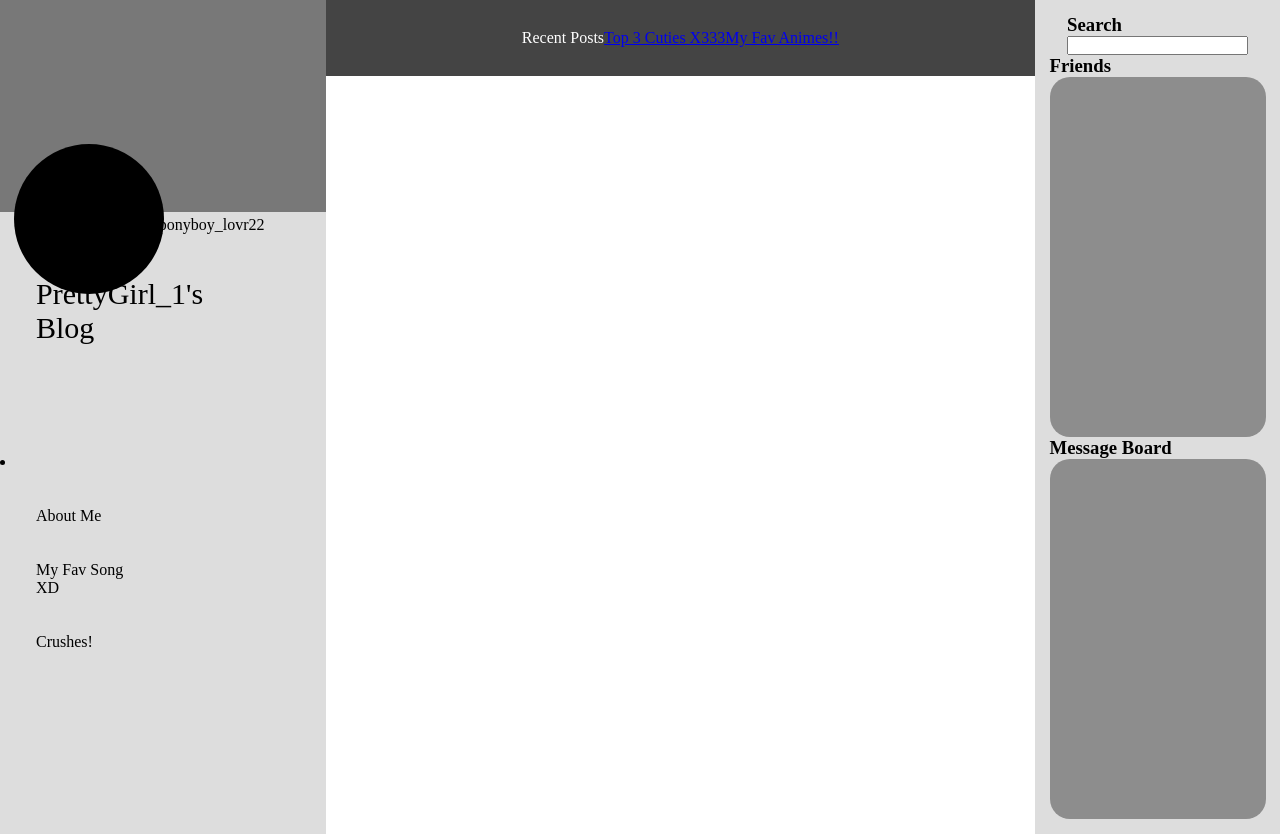
Repository: Jennica1/Frontend-Final
Page: index.html
These files come from the project's save history. The page is drawn as it stood at one moment and after the next save; the edit follows.
The browser window is 1280 px wide. The pictures show the whole page.

Above is the page before, as saved 2024-05-16 20:16:40.

### index.html
<!DOCTYPE html>
<html lang="en">

<head>
  <title>My Blog!!</title>
  <meta charset="UTF-8">
  <meta name="viewport" content="width=device-width, initial-scale=1">
  <link rel="stylesheet" href="style.css">
</head>

<body>
  <div class="content">

    <div class="flexbox">

      <div class="sidebar-wrapper">

        <!--Side Nav Left-->
        <div class="sidebar-left">
          <img src="images/Ellipse 1.svg" class="profile" width="150px" />
          <img src="images/Rectangle 2.svg" alt="background image" class="background-photo" />
          <p class="username">@ponyboy_lovr22</p>
          <p class="nickname">PrettyGirl_1's Blog</p>
          <li class="sidebar-list">
            <ul class="item">About Me</ul>
            <ul class="item">My Fav Song XD</ul>
            <ul class="item">Crushes!</ul>
          </li>
        </div>
      </div>
      <!-- recents -->
      <div class="">
      </div>

      <div class="main-content"> <!-- PUT ALL MAIN CONTENT BELOW THE HEADER -->
        <!-- Header -->
        <header class="header">
          <li class="content-list">
            <ul>Recent Posts</ul>
            <ul><a class="rating-link" href="topThree.html">Top 3 Cuties X333</a></ul>
            <ul><a class="anime-link" href="anime.html">My Fav Animes!!</a></ul>
          </li>
        </header>
      </div>

      <!-- Pagination
    <div class="">
      <div class="">
        <a href="#" class="">«</a>
        <a href="#" class="">1</a>
        <a href="#" class="">2</a>
        <a href="#" class="">3</a>
        <a href="#" class="">4</a>
        <a href="#" class="">»</a>
      </div>
    -->
      <!--Side Nav Right-->
      <div class="sidebar-right">
        <div class="right-content">
        <form>
          <h3>Search</h3>
          <input type="text">
        </form>
        <div class="friends-list">
          <h3>Friends</h3>
          <div class="friends-container">
            <div class="friend">

            </div>
          </div>
        </div>
        <div class="message-board">
          <h3>Message Board</h3>
          <div class="message-board-container">
            <div class="message">

            </div>
          </div>
        </div>
      </div>
      </div>
    </div>


  </div>
  </div>
</body>

</html>

### style.css
* {
  margin: 0;
  padding: 0;
}

.content {
  display: flex;
  flex-direction: column;
}

.flexbox {
  display: flex;
  flex-direction: row;
  justify-content: space-between;
  gap: 0;
}

.sidebar-wrapper {
  display: flex;
  justify-content: center;
  height: auto;

}

.sidebar-left {
  display: flex;
  flex-direction: column;
  position: relative;
  background-color: rgb(221, 221, 221);
  z-index: 0;
  padding-right: 9.1rem;
  width: 25vh;
}

.profile {
  z-index: 1;
  position: absolute;
  margin-top: 20vh;
  margin-left: 2vh;
}

.background-photo {
  position: absolute;
  top: 0;
  left: 0;
  width: 100%;

  object-fit: cover;

}

.background-container {
  width: 100%;
}

.username {
  margin-top: 30vh;
  margin-left: 20vh;
}

.nickname {
  font-size: 30px;
  margin-top: 6vh;
  margin-left: 5vh;
}

.sidebar-list {
  margin-top: 15vh;
}

.item {
  margin: 5vh;
}

.content-list {
  display: flex;
  margin: 4vh;
}


.sidebar-right {
  background-color: rgb(221, 221, 221);
  z-index: 0;
  width: 30vh;
  padding: 2vh;
}

.right-content {
  display: flex;
  flex-direction: column;
  align-items: center;
}
.friends-list {
height: auto;
}

.friends-container {
  width: 30vh;
  height: 50vh;
  background-color: rgb(141, 141, 141);
  border-radius: 20px;
}

.message-board {

}

.message-board-container {
  width: 30vh;
  height: 50vh;
  background-color: rgb(141, 141, 141);
  border-radius: 20px;
}

.message {

}

.header {
  background-color: #444444;
  color: #ffffff;
  display: flex;
  justify-content: center;
}

.main-content {
  width: 100%;
}

After the next save:
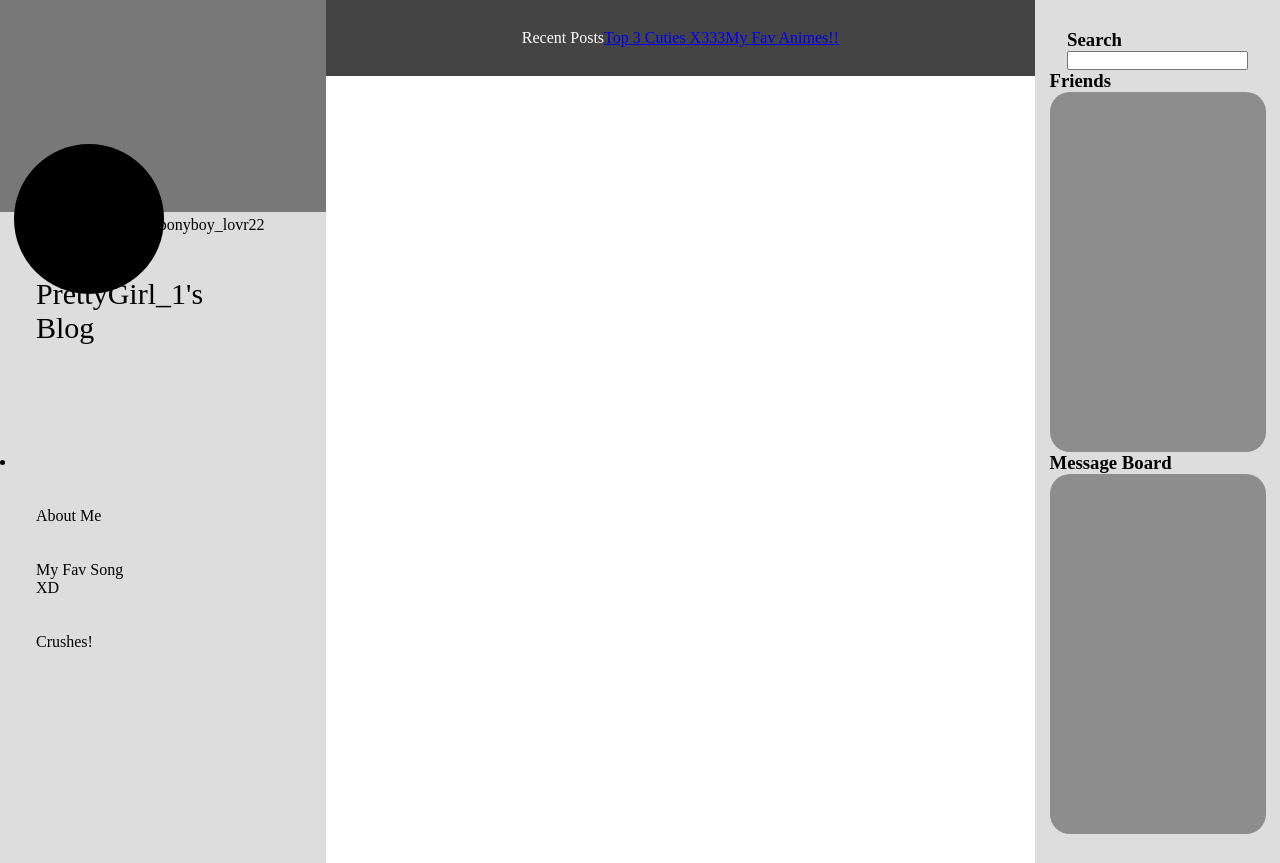
Saved 6 s later.
--- a/style.css
+++ b/style.css
@@ -89,6 +89,7 @@
   display: flex;
   flex-direction: column;
   align-items: center;
+  margin: 2vh;
 }
 .friends-list {
 height: auto;
